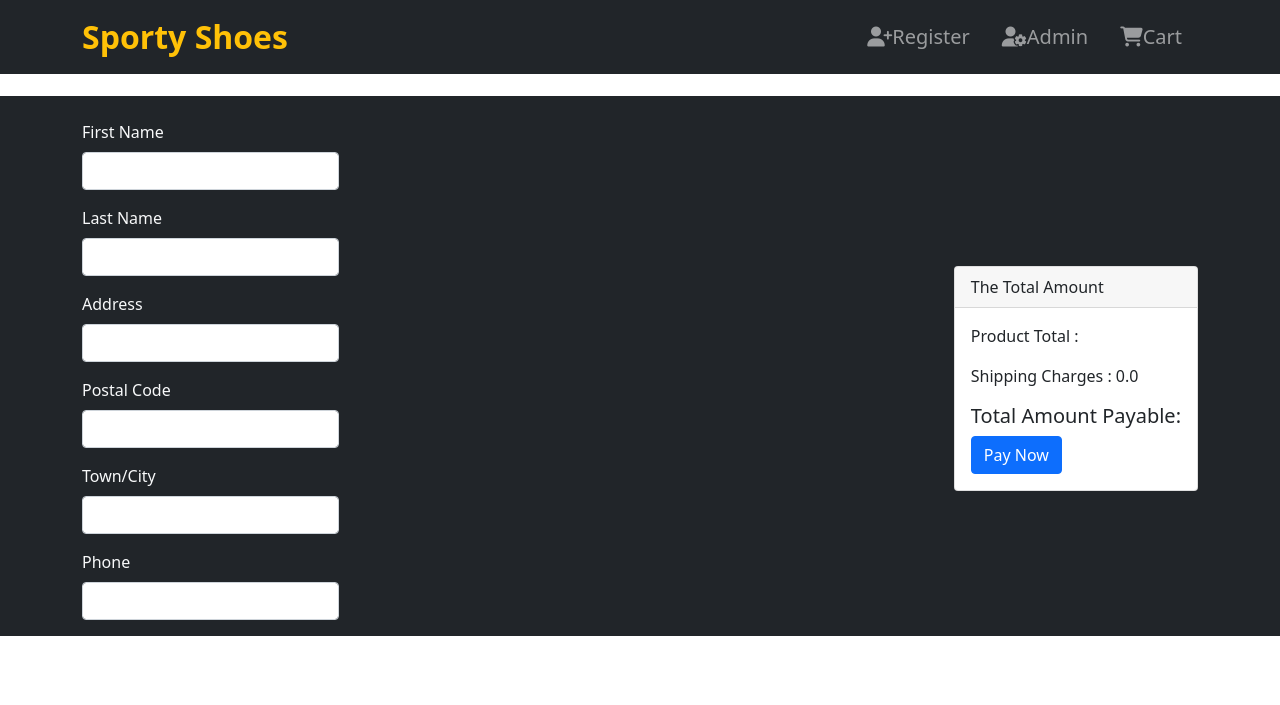
Repository: Niks4u2/SportyShoes
Page: http://localhost/checkout
An editor plug-in stored every save of this project. The page is shown before and after the next save, followed by the edit.
The browser window is 1280 px wide. The pictures show the whole page.
Some icons come from a web library that is not loaded, so they are not drawn. Some web libraries are served in a nearby version. The page is this project's Thymeleaf template; nobody is signed in. The template is opened directly, without the code that normally fills it, so the values that code supplies are empty.

Above is the page before, as saved 2021-11-10 12:25:16.

After the next save:
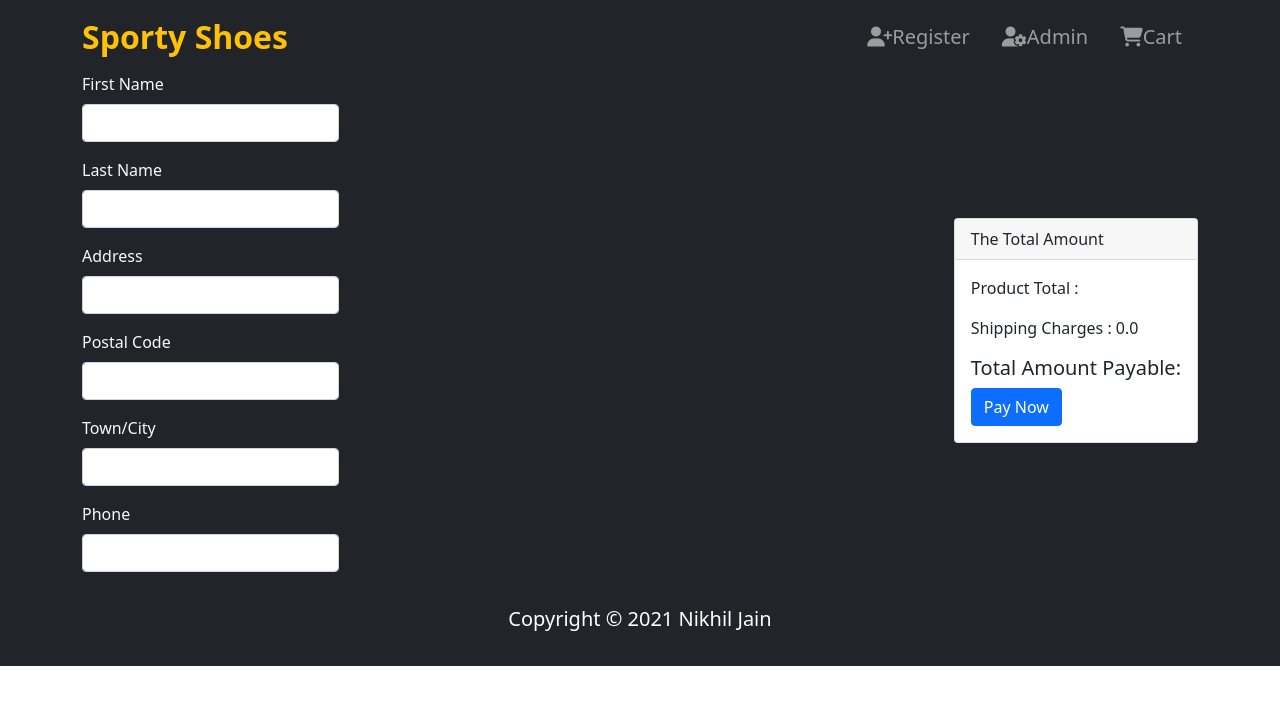
Saved 75 s later.
--- a/Source Code/sporty-shoes/src/main/resources/templates/checkout.html
+++ b/Source Code/sporty-shoes/src/main/resources/templates/checkout.html
@@ -38,8 +38,6 @@
             </div>
         </div>
     </nav>
-    <br>
-    <br>
     <br>
     <br>
 
@@ -90,4 +88,14 @@
         </div>
     </section>
 
+        <!-- Footer -->
+    <footer class="p-3 bg-dark text-center text-white position-relative">
+        <div class="container">
+            <p class="lead"> Copyright &copy 2021 Nikhil Jain </p>
+            <a href="#" class="position-absolute bottom-0 end-0 p-5">
+                <i class="bi bi-arrow-up-circle h1"></i>
+            </a>
+        </div>
+    </footer>
+
 </body>
